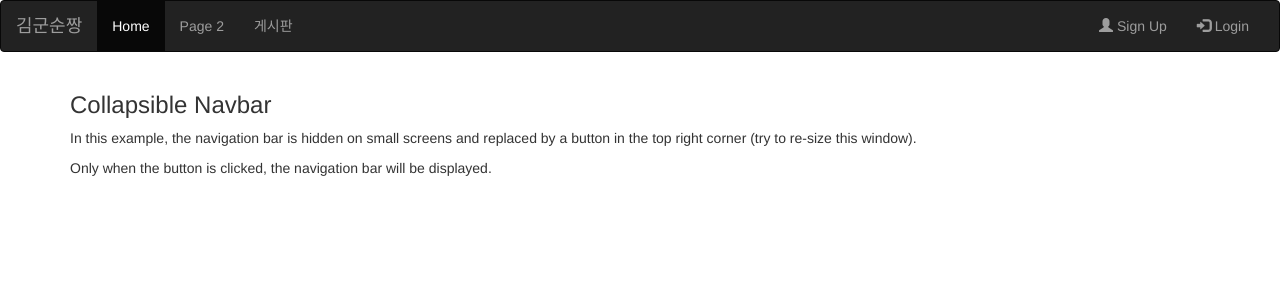
Repository: SeeUSoon93/Spring
Page: http://localhost/SpringMVC03/WEB-INF/views/index.jsp
An editor plug-in stored every save of this project. The page is shown before and after the next save, followed by the edit.
The browser window is 1280 px wide. The pictures show the whole page.
The page is served by Tomcat 9. Nobody is signed in. Other server files are loaded and not shown. The template is opened directly, without the code that normally fills it, so the values that code supplies are empty.

Above is the page before, as saved 2023-10-06 02:49:36.

### SpringMVC03/src/main/webapp/WEB-INF/views/index.jsp
<%@ page language="java" contentType="text/html; charset=UTF-8"
    pageEncoding="UTF-8"%>
<%@ taglib prefix="c" uri="http://java.sun.com/jsp/jstl/core" %>
<!DOCTYPE html>
<html lang="en">
<head>
  <title>SpringMVC03</title>
  <meta charset="utf-8">
  <meta name="viewport" content="width=device-width, initial-scale=1">

</head>
<body>

	<jsp:include page="common/header.jsp"></jsp:include>

<div class="container">
  <h3>Collapsible Navbar</h3>
  <p>In this example, the navigation bar is hidden on small screens and replaced by a button in the top right corner (try to re-size this window).
  <p>Only when the button is clicked, the navigation bar will be displayed.</p>
</div>

</body>
</html>

### SpringMVC03/src/main/webapp/WEB-INF/views/common/header.jsp
<%@ page language="java" contentType="text/html; charset=UTF-8"
    pageEncoding="UTF-8"%>
<!DOCTYPE html>
<html lang="en">
<head>
  <title>SpringMVC03</title>
  <meta charset="utf-8">
  <meta name="viewport" content="width=device-width, initial-scale=1">
    <link rel="stylesheet" href="https://maxcdn.bootstrapcdn.com/bootstrap/3.4.1/css/bootstrap.min.css">
  <script src="https://ajax.googleapis.com/ajax/libs/jquery/3.6.4/jquery.min.js"></script>
  <script src="https://maxcdn.bootstrapcdn.com/bootstrap/3.4.1/js/bootstrap.min.js"></script>
</head>
<body>


<nav class="navbar navbar-inverse">
  <div class="container-fluid">
    <div class="navbar-header">
      <button type="button" class="navbar-toggle" data-toggle="collapse" data-target="#myNavbar">
        <span class="icon-bar"></span>
        <span class="icon-bar"></span>
        <span class="icon-bar"></span>
      </button>
      <a class="navbar-brand" href="/controller">김군순짱</a>
    </div>
    <div class="collapse navbar-collapse" id="myNavbar">
      <ul class="nav navbar-nav">
        <li class="active"><a href="/controller">Home</a></li>
        <li><a href="#">Page 2</a></li>
        <li><a href="boardMain.do">게시판</a></li>
      </ul>
      <ul class="nav navbar-nav navbar-right">
        <li><a href="#"><span class="glyphicon glyphicon-user"></span> Sign Up</a></li>
        <li><a href="#"><span class="glyphicon glyphicon-log-in"></span> Login</a></li>
      </ul>
    </div>
  </div>
</nav>

</body>
</html>

After the next save:
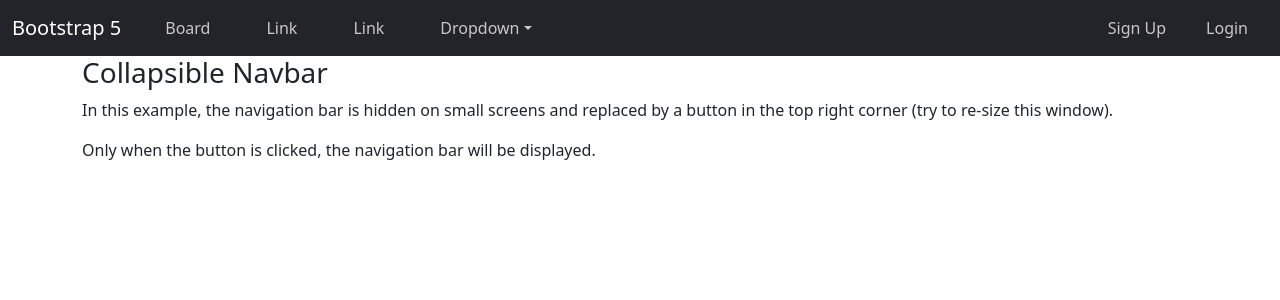
Saved 2 min 42 s later.
--- a/SpringMVC03/src/main/webapp/WEB-INF/views/common/header.jsp
+++ b/SpringMVC03/src/main/webapp/WEB-INF/views/common/header.jsp
@@ -3,36 +3,68 @@
 <!DOCTYPE html>
 <html lang="en">
 <head>
-  <title>SpringMVC03</title>
+  <title>Bootstrap Example</title>
   <meta charset="utf-8">
   <meta name="viewport" content="width=device-width, initial-scale=1">
-    <link rel="stylesheet" href="https://maxcdn.bootstrapcdn.com/bootstrap/3.4.1/css/bootstrap.min.css">
-  <script src="https://ajax.googleapis.com/ajax/libs/jquery/3.6.4/jquery.min.js"></script>
-  <script src="https://maxcdn.bootstrapcdn.com/bootstrap/3.4.1/js/bootstrap.min.js"></script>
+  <link href="https://cdn.jsdelivr.net/npm/bootstrap@5.3.2/dist/css/bootstrap.min.css" rel="stylesheet">
+  <script src="https://cdn.jsdelivr.net/npm/bootstrap@5.3.2/dist/js/bootstrap.bundle.min.js"></script>
+
+  <style type="text/css">
+
+  a {
+     text-decoration: none;
+  }
+
+  .navbar-collapse {
+     justify-content: space-between;
+  }
+
+  .navbar-nav>li{
+     padding: 0 20px;
+
+  }
+
+  .navbar-nav>li>a {
+    color : #C7C8C9;
+  }
+
+  </style>
+
+
 </head>
 <body>
 
-
-<nav class="navbar navbar-inverse">
+<nav class="navbar navbar-expand-sm bg-dark navbar-dark">
   <div class="container-fluid">
-    <div class="navbar-header">
-      <button type="button" class="navbar-toggle" data-toggle="collapse" data-target="#myNavbar">
-        <span class="icon-bar"></span>
-        <span class="icon-bar"></span>
-        <span class="icon-bar"></span>
-      </button>
-      <a class="navbar-brand" href="/controller">김군순짱</a>
-    </div>
-    <div class="collapse navbar-collapse" id="myNavbar">
-      <ul class="nav navbar-nav">
-        <li class="active"><a href="/controller">Home</a></li>
-        <li><a href="#">Page 2</a></li>
-        <li><a href="boardMain.do">게시판</a></li>
+    <a class="navbar-brand" href="#">Bootstrap 5</a>
+    <button class="navbar-toggler" type="button" data-bs-toggle="collapse" data-bs-target="#collapsibleNavbar">
+      <span class="navbar-toggler-icon"></span>
+    </button>
+    <div class="collapse navbar-collapse" id="collapsibleNavbar">
+      <ul class="navbar-nav">
+        <li class="nav-item">
+          <a class="nav-link" href="boardMain.do">Board</a>
+        </li>
+        <li class="nav-item">
+          <a class="nav-link" href="#">Link</a>
+        </li>
+        <li class="nav-item">
+          <a class="nav-link" href="#">Link</a>
+        </li>
+        <li class="nav-item dropdown">
+          <a class="nav-link dropdown-toggle" href="#" role="button" data-bs-toggle="dropdown">Dropdown</a>
+          <ul class="dropdown-menu">
+            <li><a class="dropdown-item" href="#">Link</a></li>
+            <li><a class="dropdown-item" href="#">Another link</a></li>
+            <li><a class="dropdown-item" href="#">Board</a></li>
+          </ul>
+        </li>
       </ul>
       <ul class="nav navbar-nav navbar-right">
         <li><a href="#"><span class="glyphicon glyphicon-user"></span> Sign Up</a></li>
         <li><a href="#"><span class="glyphicon glyphicon-log-in"></span> Login</a></li>
       </ul>
+
     </div>
   </div>
 </nav>
